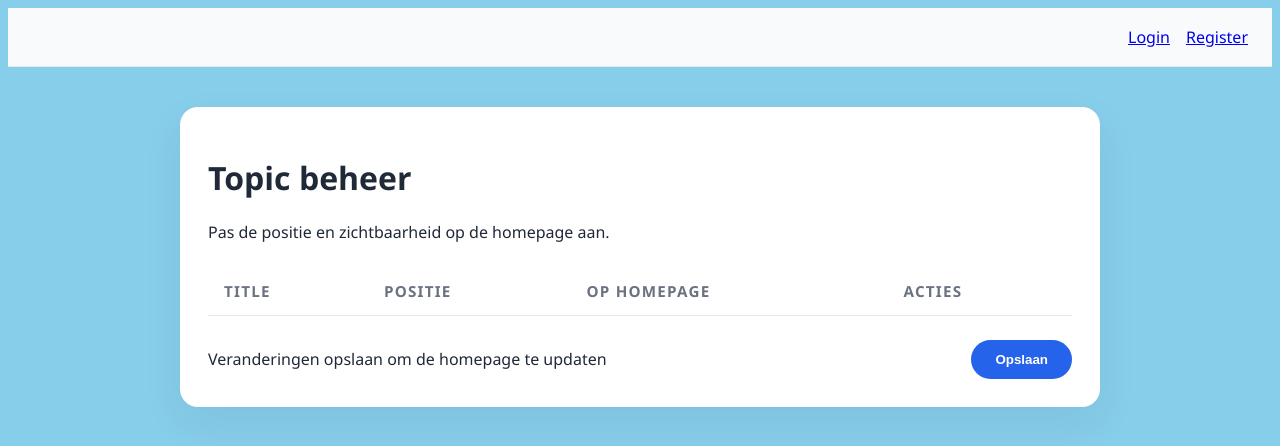
Repository: EvoUnik2026/evounik
Page: templates/admin_topics.html.twig
The author's editor kept a copy of each file at every save. The page is drawn from the files as they stood at one save, then again after the next save.
The browser window is 1280 px wide. The pictures show the whole page.
The page is a Twig template of a Symfony application; nobody is signed in and links lead nowhere. Other server files are loaded and not shown. Style sheets and scripts are compiled from the project's sources, by tool versions that may differ from the author's. The template is opened directly, without the code that normally fills it, so the values that code supplies are empty.

Above is the page before, as saved 2026-08-03 11:58:54.
Console error: SyntaxError: Cannot use import statement outside a module

### templates/admin_topics.html.twig
{% extends 'base.html.twig' %}

{% block title %}Admin - Topics{% endblock %}

{% block stylesheets %}
<style>
    * { box-sizing: border-box; }
    body { font-family: 'Segoe UI', system-ui, sans-serif; background: #f7fafc; color: #1f2937; }
    .container { max-width: 960px; margin: 40px auto; padding: 0 20px; }
    .card { background: white; border-radius: 18px; box-shadow: 0 16px 40px rgba(15, 23, 42, 0.07); padding: 28px; }
    table { width: 100%; border-collapse: collapse; margin-top: 24px; }
    th, td { text-align: left; padding: 14px 16px; border-bottom: 1px solid #e5e7eb; }
    th { font-size: 0.95rem; text-transform: uppercase; letter-spacing: 0.08em; color: #6b7280; }
    td { vertical-align: middle; }
    input[type="number"] { width: 80px; padding: 10px 12px; border: 1px solid #d1d5db; border-radius: 10px; }
    .checkbox-cell input { transform: scale(1.2); margin-right: 10px; }
    .topic-link { color: #1d4ed8; text-decoration: none; font-weight: 600; }
    .topic-link:hover { text-decoration: underline; }
    .submit-row { display: flex; justify-content: space-between; align-items: center; margin-top: 24px; }
    .primary-btn { background: #2563eb; color: white; border: none; padding: 12px 24px; border-radius: 999px; cursor: pointer; font-weight: 700; }
    .primary-btn:hover { background: #1d4ed8; }
    .flash-success { margin-bottom: 20px; padding: 14px 18px; border-radius: 12px; background: #d1fae5; color: #065f46; border: 1px solid #10b981; }
</style>
{% endblock %}

{% block body %}
<div class="container">
    <div class="card">
        <h1>Topic beheer</h1>
        <p>Pas de positie en zichtbaarheid op de homepage aan.</p>

        {% for message in app.flashes('success') %}
            <div class="flash-success">{{ message }}</div>
        {% endfor %}

        <form method="post">
            <input type="hidden" name="_token" value="{{ csrf_token('admin_topics') }}">

            <table>
                <thead>
                    <tr>
                        <th>Title</th>
                        <th>Positie</th>
                        <th>Op homepage</th>
                        <th>Acties</th>
                    </tr>
                </thead>
                <tbody>
                    {% for topic in topics %}
                        <tr>
                            <td>
                                <a class="topic-link" href="{{ path('app_topic_detail', {slug: topic.slug}) }}">{{ topic.title }}</a>
                            </td>
                            <td>
                                <input type="number" name="position[{{ topic.id }}]" value="{{ topic.position }}" min="0">
                            </td>
                            <td class="checkbox-cell">
                                <label>
                                    <input type="checkbox" name="showOnHomepage[{{ topic.id }}]" value="1" {% if topic.showOnHomepage %}checked{% endif %}>
                                    Ja
                                </label>
                            </td>
                            <td>
                                <a class="topic-link" href="{{ path('app_topic_detail', {slug: topic.slug}) }}">Bekijk</a>
                            </td>
                        </tr>
                    {% endfor %}
                </tbody>
            </table>

            <div class="submit-row">
                <span>Veranderingen opslaan om de homepage te updaten</span>
                <button type="submit" class="primary-btn">Opslaan</button>
            </div>
        </form>
    </div>
</div>
{% endblock %}

### templates/base.html.twig
<!DOCTYPE html>
<html>
    <head>
        <meta charset="UTF-8">
        <title>{% block title %}Welcome!{% endblock %}</title>
        <link rel="icon" href="data:[embedded picture, 223 characters]">
        {% block stylesheets %}
            <link rel="stylesheet" href="{{ asset('assets/css/app.css') }}">
        {% endblock %}

        {% block javascripts %}
            {% block importmap %}{{ importmap('app') }}{% endblock %}
            <script src="{{ asset('assets/js/app.js') }}" defer></script>
        {% endblock %}

        {% set frankenphp_hot_reload = app.request.server.get('FRANKENPHP_HOT_RELOAD') %}
        {% if frankenphp_hot_reload %}
        <meta name="frankenphp-hot-reload:url" content="{{ frankenphp_hot_reload }}">
        <script src="https://cdn.jsdelivr.net/npm/idiomorph"></script>
        <script src="https://cdn.jsdelivr.net/npm/frankenphp-hot-reload/+esm" type="module"></script>
        {% endif %}
    </head>
    <body>
        <nav style="display:flex; justify-content:flex-end; gap:16px; padding:18px 24px; background:#f8fafc; border-bottom:1px solid #e2e8f0;">
            {% if app.user %}
                <span style="color:#334155;">{{ app.user.username }}</span>
                <a href="{{ path('app_dashboard') }}">Dashboard</a>
                {% if is_granted('ROLE_ADMIN') %}<a href="{{ path('app_admin_dashboard') }}">Admin</a>{% endif %}
                <a href="{{ path('app_logout') }}">Logout</a>
            {% else %}
                <a href="{{ path('app_login') }}">Login</a>
                <a href="{{ path('app_register') }}">Register</a>
            {% endif %}
        </nav>

        {% block body %}{% endblock %}
    </body>
</html>

### assets/app.js
/*
 * Welcome to your app's main JavaScript file!
 *
 * This file will be included onto the page via the importmap() Twig function,
 * which should already be in your base.html.twig.
 */
import './styles/app.css';

console.log('This log comes from assets/app.js - welcome to AssetMapper! 🎉');

### assets/styles/topic_detail.css
* { margin: 0; padding: 0; box-sizing: border-box; }

body {
    font-family: 'Segoe UI', system-ui, -apple-system, sans-serif;
    background: #f0f2f5;
    color: #1a1a2e;
    line-height: 1.6;
}

.container { max-width: 900px; margin: 0 auto; padding: 0 24px; }

/* Back link */
.back-link {
    display: inline-flex; align-items: center; gap: 8px;
    color: #667eea; text-decoration: none; font-weight: 600;
    padding: 20px 0; font-size: 0.95rem;
    transition: gap 0.2s;
}
.back-link:hover { gap: 14px; }

/* Toggle homepage form */
.toggle-homepage-form {
    display: inline-block;
    margin-top: 16px;
}

/* Toggle homepage button */
.toggle-homepage-button {
    display: inline-flex;
    padding: 8px 14px;
    background: #fff;
    border: 1px solid #dfe3e8;
    border-radius: 999px;
    color: #1d4ed8;
    font-weight: 600;
}

/* Hero */
.hero {
    background: linear-gradient(135deg, #1a1a2e 0%, #16213e 50%, #0f3460 100%);
    color: white;
    padding: 60px 0;
    text-align: center;
    position: relative;
    overflow: hidden;
}
.hero::after {
    content: '';
    position: absolute;
    bottom: 0;
    left: 0;
    right: 0;
    height: 50px;
    background: #f0f2f5;
    border-radius: 50% 50% 0 0 / 100% 100% 0 0;
}
.hero h1 { font-size: 2.4rem; font-weight: 800; margin-bottom: 16px; letter-spacing: -0.5px; }
.hero p { font-size: 1.1rem; color: #a0aec0; max-width: 650px; margin: 0 auto; }

/* Hero image */
.hero-image {
    width: 100%;
    max-height: 400px;
    overflow: hidden;
}
.hero-image img {
    width: 100%;
    height: 100%;
    object-fit: cover;
}

/* Content */
.content { padding: 40px 0 60px; }

/* Blocks */
.block {
    background: white;
    border-radius: 16px;
    padding: 32px;
    margin-bottom: 24px;
    box-shadow: 0 2px 12px rgba(0,0,0,0.04);
}

.block-text p {
    font-size: 1.05rem;
    color: #334155;
    line-height: 1.8;
}
.block-text p + p { margin-top: 16px; }

.block-image {
    padding: 0;
    overflow: hidden;
}
.block-image img {
    width: 100%;
    display: block;
}
.block-image .caption {
    padding: 16px 24px;
    font-size: 0.85rem;
    color: #64748b;
    font-style: italic;
    text-align: center;
}

.block-text_image {
    display: grid;
    grid-template-columns: 1fr 1fr;
    gap: 32px;
    align-items: center;
    padding: 0;
    overflow: hidden;
}
.block-text_image.reverse { direction: rtl; }
.block-text_image.reverse > * { direction: ltr; }
.block-text_image .text-content { padding: 32px; }
.block-text_image .text-content p { font-size: 1.05rem; color: #334155; line-height: 1.8; }
.block-text_image .image-content { height: 100%; min-height: 250px; overflow: hidden; }
.block-text_image .image-content img { width: 100%; height: 100%; object-fit: cover; }

.block-diagram {
    text-align: center;
}
.block-diagram .diagram-title {
    font-size: 1.1rem; font-weight: 700; color: #1a1a2e;
    margin-bottom: 20px;
}
.block-diagram .diagram-container {
    max-width: 500px;
    margin: 0 auto;
}
.block-diagram .diagram-container svg {
    width: 100%;
    height: auto;
}

/* Description section */
.description {
    background: white;
    border-radius: 16px;
    padding: 32px;
    margin-bottom: 24px;
    box-shadow: 0 2px 12px rgba(0,0,0,0.04);
    font-size: 1.05rem;
    color: #334155;
    line-height: 1.8;
}

/* Footer */
footer {
    text-align: center; padding: 32px 0;
    color: #94a3b8; font-size: 0.85rem;
    border-top: 1px solid #e2e8f0;
}

@media (max-width: 768px) {
    .block-text_image { grid-template-columns: 1fr; }
    .block-text_image .text-content { padding: 24px; }
    .block-text_image .image-content { min-height: 200px; }
    .hero h1 { font-size: 1.8rem; }
}

Loaded but not shown: assets/styles/app.css (common file)

After the next save:
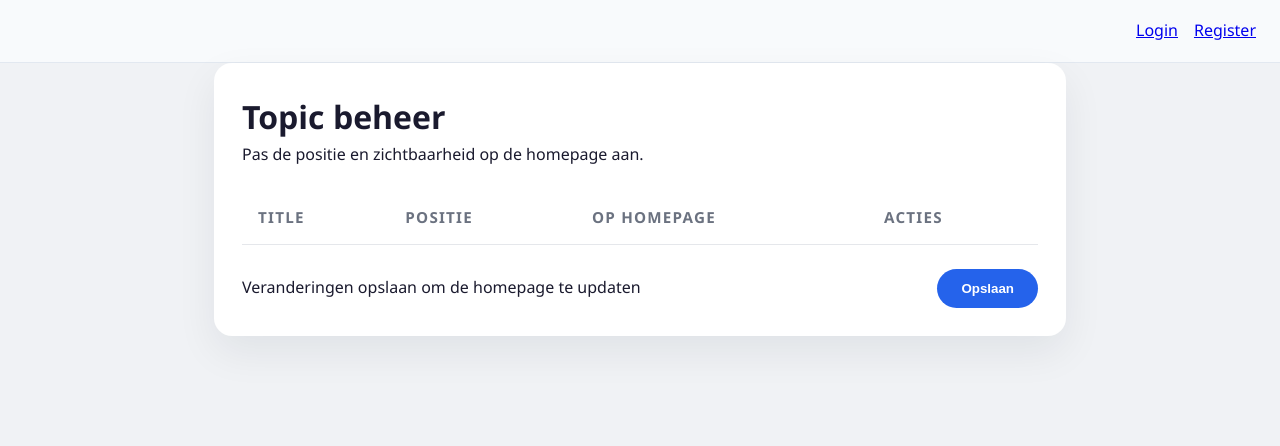
Saved 53 s later.
--- a/assets/app.js
+++ b/assets/app.js
@@ -5,5 +5,6 @@
  * which should already be in your base.html.twig.
  */
 import './styles/app.css';
+import './styles/topic_detail.css';
 
 console.log('This log comes from assets/app.js - welcome to AssetMapper! 🎉');
